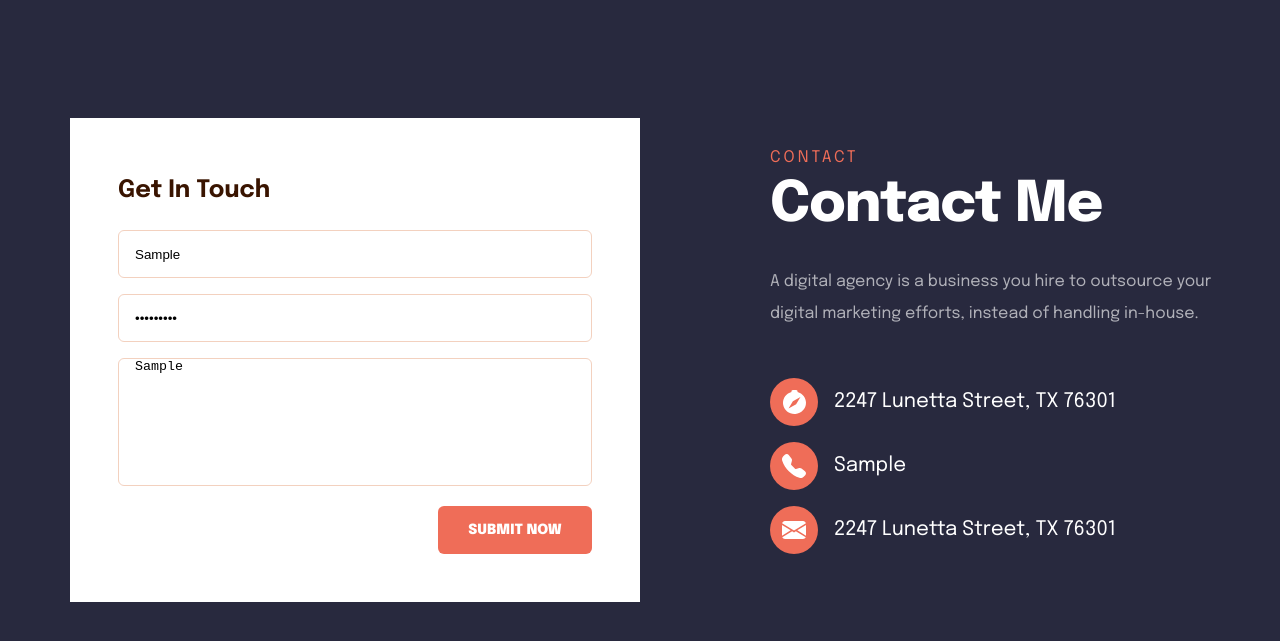
Repository: SabrinaSeydaliyeva/Task-17
Page: pages/contactPage/index.html
An editor plug-in stored every save of this project. The page is shown before and after a run of saves, followed by the edit.
The browser window is 1280 px wide. The pictures show the whole page.
Empty fields were first filled with sample values (such as "Sample", 5 or name@example.com).
After loading, the first visible `button` was clicked once.
The style sheet was rebuilt from its Sass, Less or Tailwind sources for each picture, by a compiler version that may differ from the author's.

Above is the page before, as saved 2023-09-06 16:09:33.

After the next 2 saves:
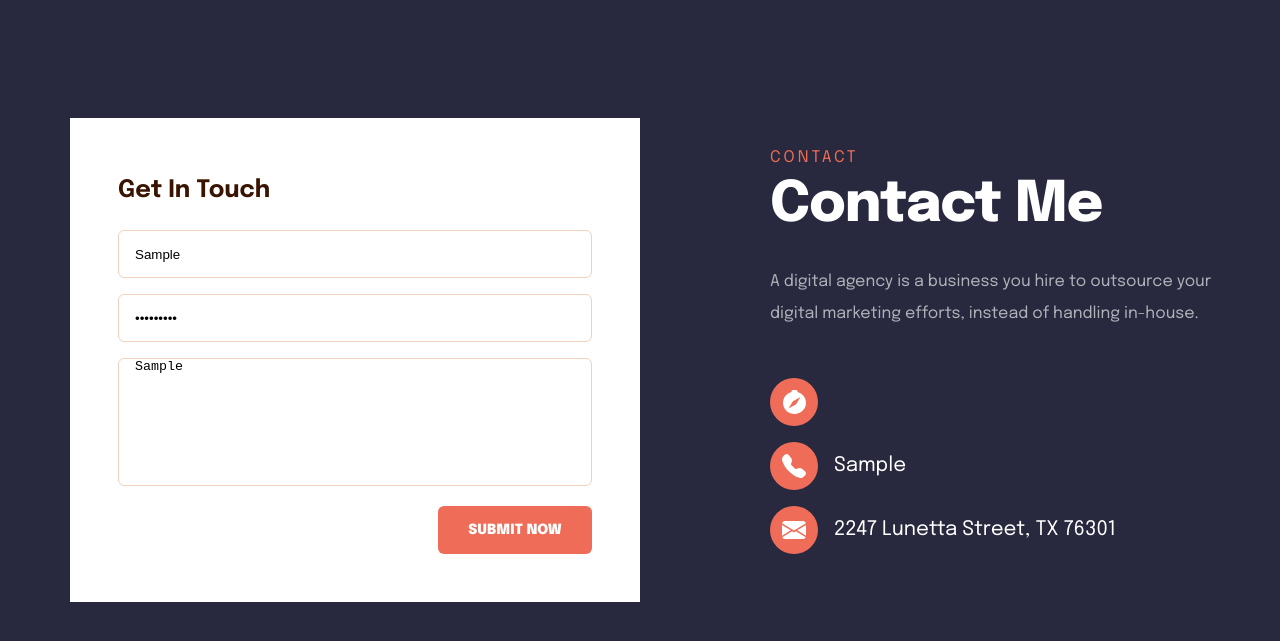
The 2 saves are shown as one change because they came seconds apart.
The last was saved 18 s later.
--- a/pages/contactPage/index.js
+++ b/pages/contactPage/index.js
@@ -28,7 +28,7 @@ ul.innerHTML+=
     />
   </svg>
 </div>
-<p>2247 Lunetta Street, TX 76301</p>
+<p>${nameInput.name}</p>
 </li>
 <li>
 <div class="circle">
